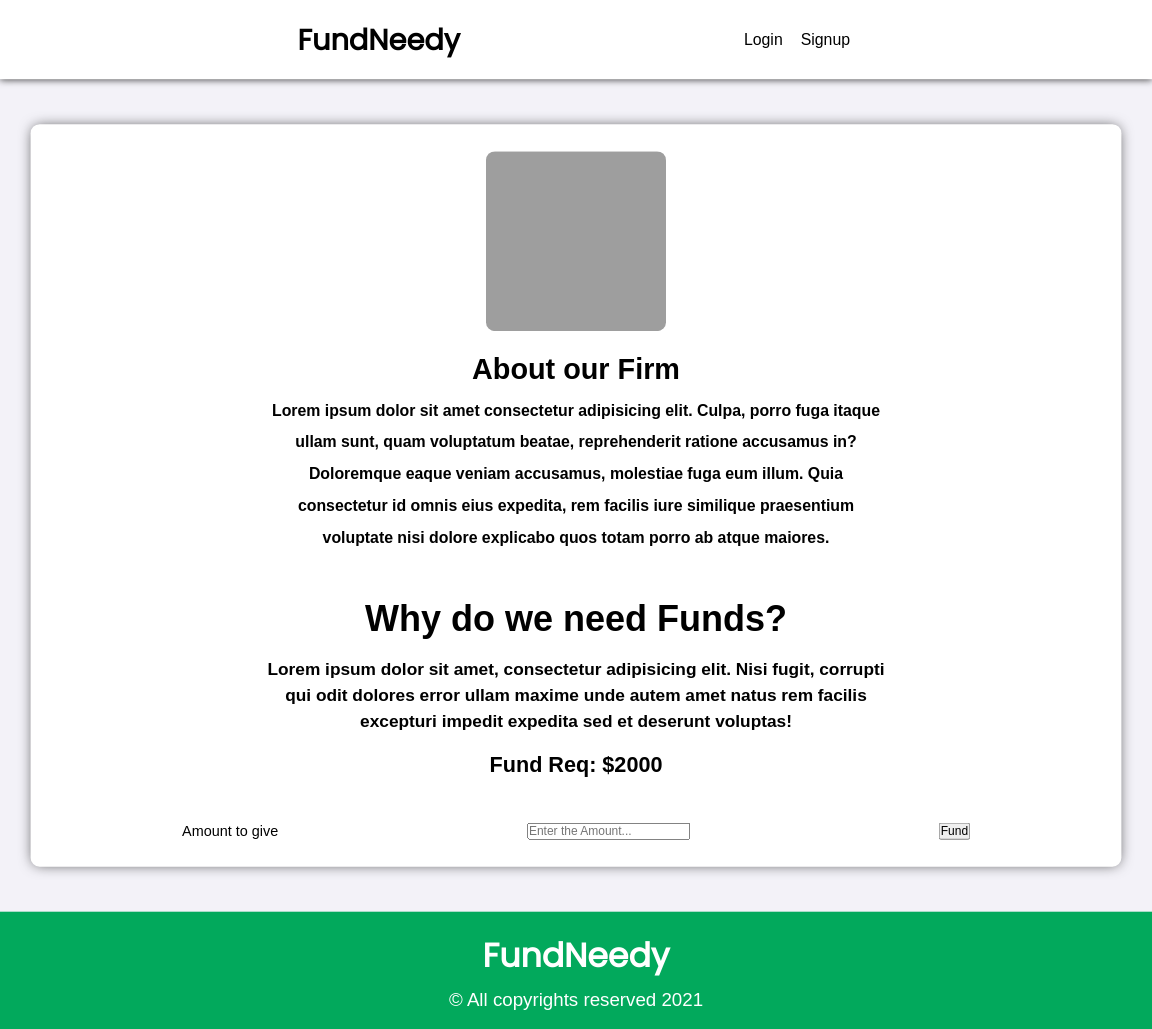
Repository: osdc/codejam
Page: /firmname (app in sassy-sandwiches/fund-needy/)
These files come from the project's save history. The page is drawn as it stood at one moment and after the next save; the edit follows.
The browser window is 1280 px wide. The pictures show the whole page, at 90% of full size.
Pictures or frames that could not be fetched are drawn as grey boxes. The project was rebuilt for these pictures with package versions that can differ from the ones it lists, and the page was loaded fresh each time. Also part of the build but not shown: sassy-sandwiches/fund-needy/src/Showcase.css, sassy-sandwiches/fund-needy/src/Showcase.js, sassy-sandwiches/fund-needy/src/Needies.css, sassy-sandwiches/fund-needy/src/Needy.css, sassy-sandwiches/fund-needy/src/Needy.js, sassy-sandwiches/fund-needy/src/Needies.js.

Above is the page before, as saved 2021-01-09 22:29:53.

After the next save:
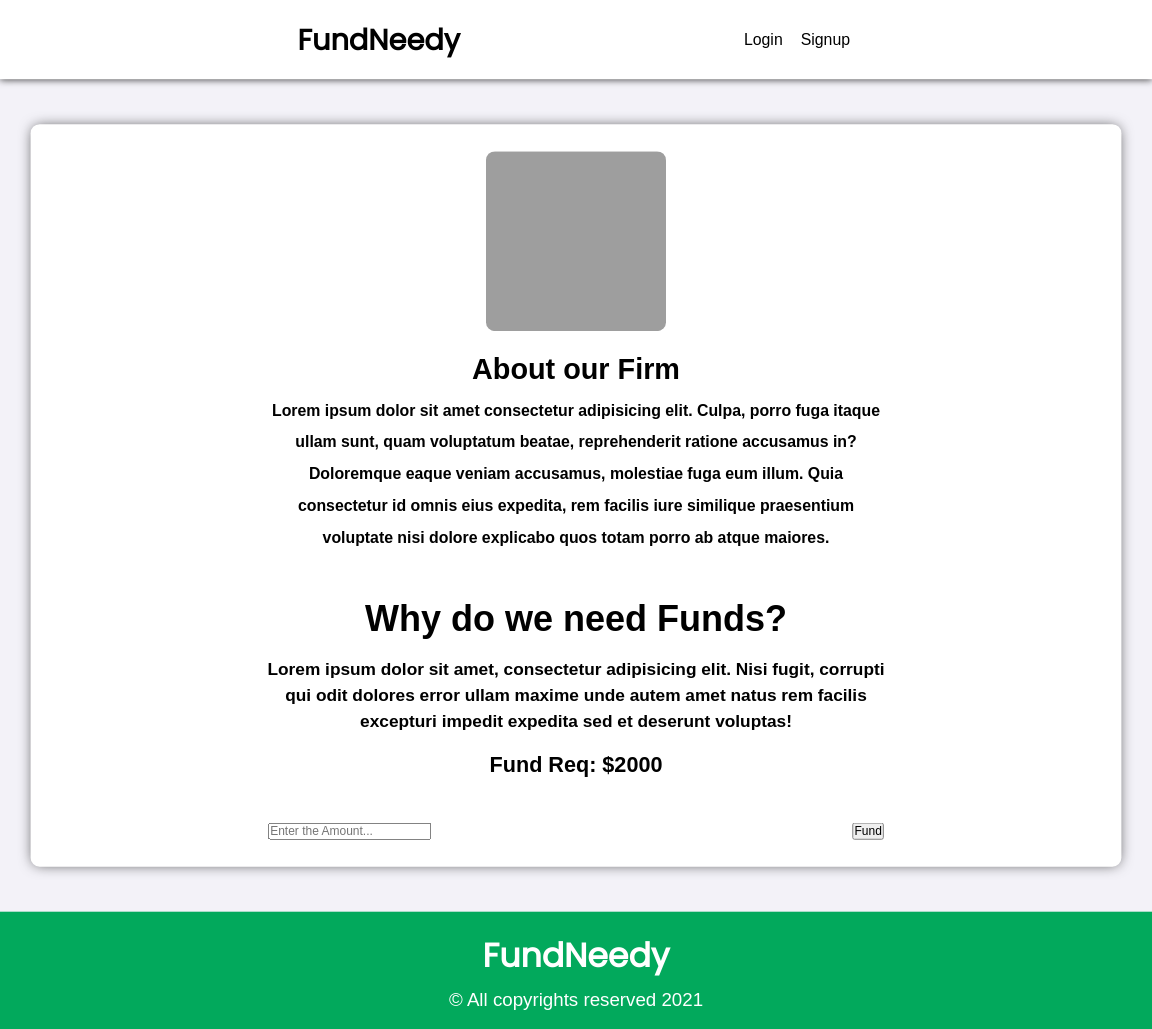
Saved 10 s later.
--- a/sassy-sandwiches/fund-needy/src/FirmFund.js
+++ b/sassy-sandwiches/fund-needy/src/FirmFund.js
@@ -32,7 +32,6 @@ function FirmFund() {
       <div className="firmFund_fund">
         <h2>Fund Req: $2000</h2>
         <form>
-          <label htmlFor="toGive">Amount to give</label>
           <input type="money" required placeholder="Enter the Amount..." />
           <button>Fund</button>
         </form>
